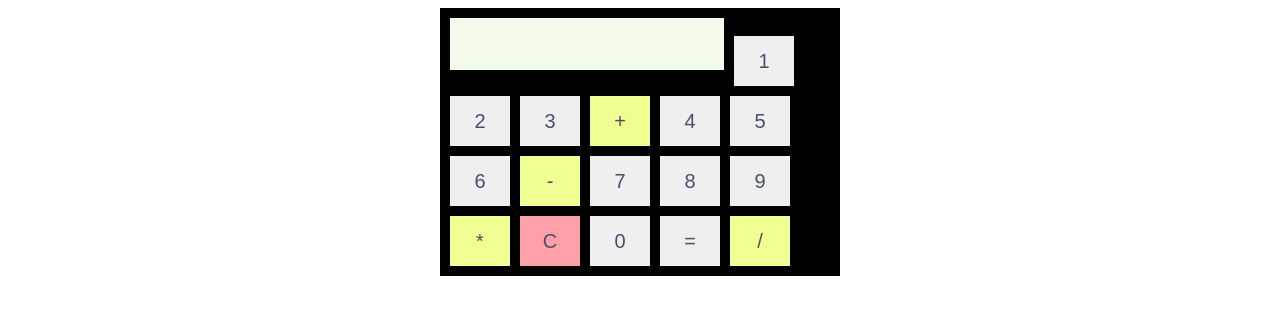
Repository: Drumstrum88/LAB-calculator
Page: index.html
The author's editor kept a copy of each file at every save. The page is drawn from the files as they stood at one save, then again after a run of saves.
The browser window is 1280 px wide. The pictures show the whole page.

Above is the page before, as saved 2023-04-15 14:57:05.

After the next 2 saves:
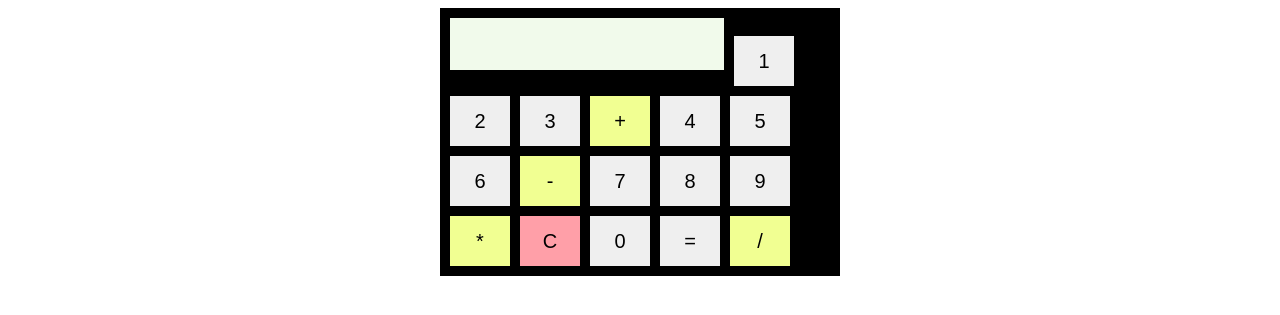
The 2 saves are shown as one change because they came seconds apart.
The last was saved 61 s later.
--- a/main.css
+++ b/main.css
@@ -15,7 +15,7 @@ input{
   left: 5px;
   top: 5px;
   border: 0;
-  color: #495069;
+  color:lightg;
   background-color: 4px;
   width: 60px;
   height: 50px;
